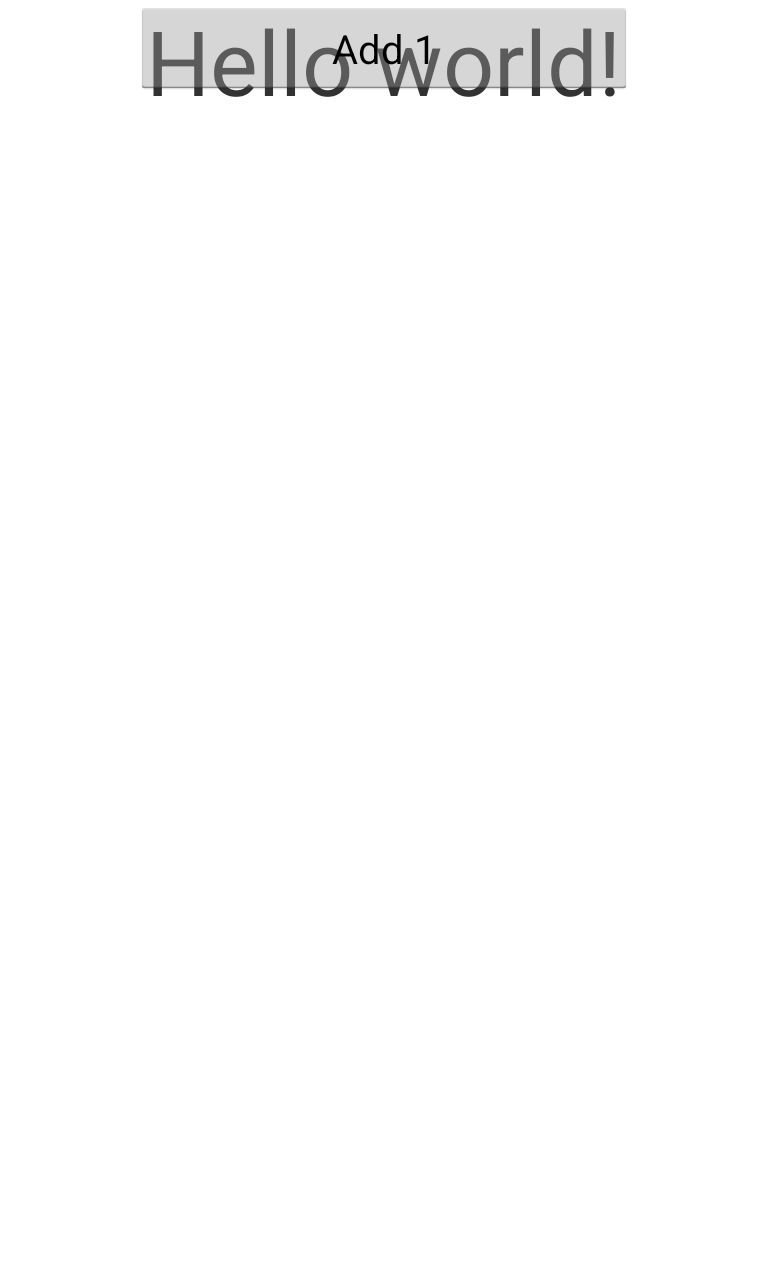
Repository: raatass/helloWorld
Layout: HelloWorld/res/layout/activity_main.xml
The author's editor kept a copy of each file at every save. The layout is drawn from the files as they stood at one save, then again after the next save.
It is drawn on a 768 x 1280 px phone screen (xhdpi) without system bars, with theme AppTheme; the app's code is not run.

Above is the layout before, as saved 2012-11-11 11:14:06.

After the next save:
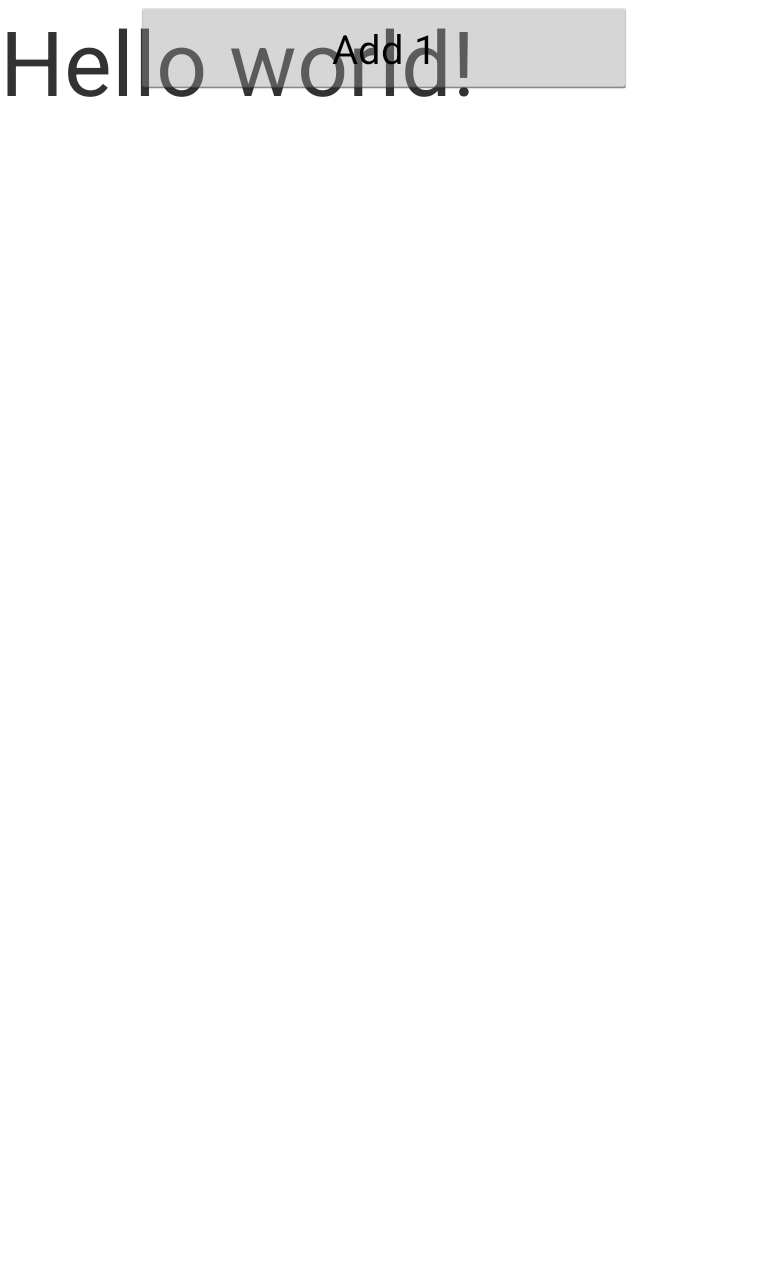
Saved 3 min 28 s later.
--- a/HelloWorld/res/layout/activity_main.xml
+++ b/HelloWorld/res/layout/activity_main.xml
@@ -5,7 +5,7 @@
     android:layout_height="match_parent" >
 
 	<TextView
-	    android:layout_width="wrap_content"
+	    android:layout_width="fill_parent"
 	    android:layout_height="wrap_content"
 	    android:layout_centerHorizontal="true"
 	    android:text="@string/hello_world"
